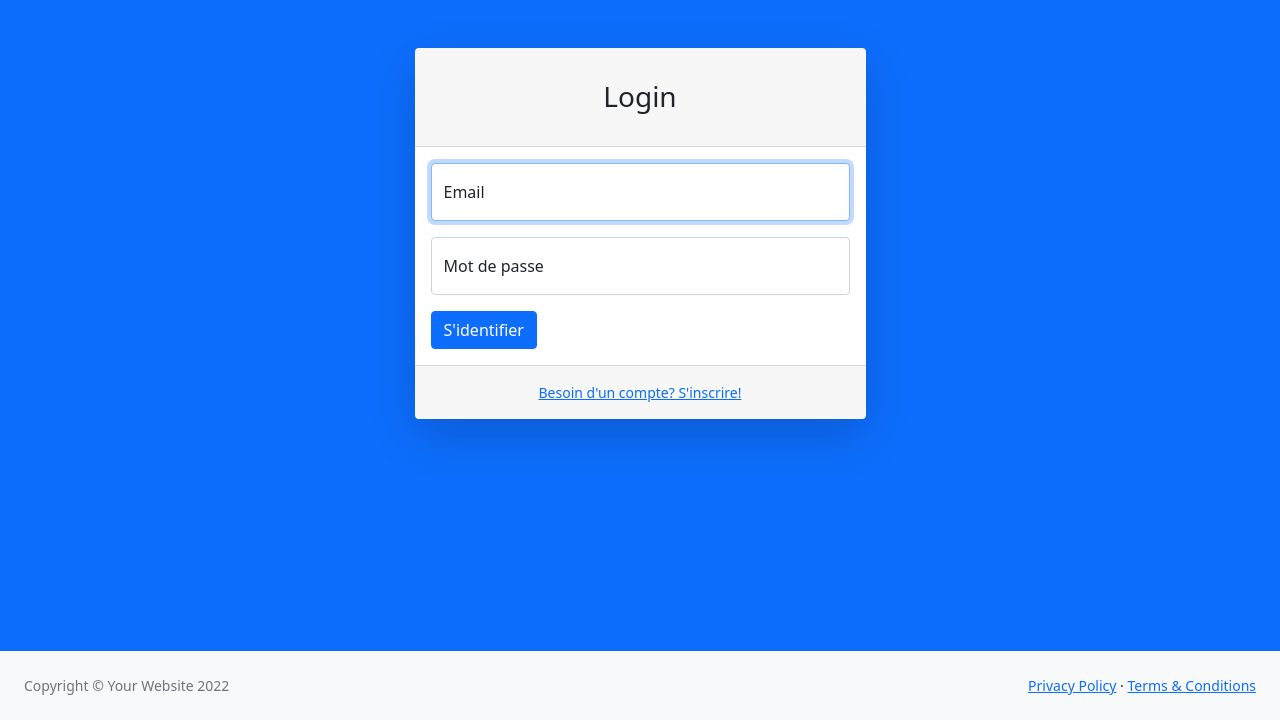
Repository: freddy1212/adulams
Page: templates/login.html.twig
These files come from the project's save history. The page is drawn as it stood at one moment and after a run of saves; the edit follows.
The browser window is 1280 px wide. The pictures show the whole page.
Some web libraries are served in a nearby version. The page is a Twig template of a Symfony application; nobody is signed in and links lead nowhere. The template is opened directly, without the code that normally fills it, so the values that code supplies are empty.

Above is the page before, as saved 2022-08-29 18:12:43.

### templates/login.html.twig
<!DOCTYPE html>
<html lang="en">
    <head>
        <meta charset="utf-8" />
        <meta http-equiv="X-UA-Compatible" content="IE=edge" />
        <meta name="viewport" content="width=device-width, initial-scale=1, shrink-to-fit=no" />
        <meta name="description" content="" />
        <meta name="author" content="" />
        <title>Login - SB Admin</title>
        <link href="{{asset('assets/css/styles.css')}}" rel="stylesheet" />
        <script src="https://use.fontawesome.com/releases/v6.1.0/js/all.js" crossorigin="anonymous"></script>
    </head>
    <body class="bg-primary">
        <div id="layoutAuthentication">
            <div id="layoutAuthentication_content">
                <main>
                    <div class="container">
                        <div class="row justify-content-center">
                            <div class="col-lg-5">
                                <div class="card shadow-lg border-0 rounded-lg mt-5">
                                    <div class="card-header"><h3 class="text-center font-weight-light my-4">{% block pageTitle %}Login{% endblock %}</h3></div>
                                    <div class="card-body">
                                        {% block body %}
                                            <form method="post">
                                                {% if error %}
                                                    <div class="alert alert-danger">{{ error.messageKey|trans(error.messageData, 'security') }}</div>
                                                {% endif %}

                                                {% if app.user %}
                                                    <div class="mb-3">
                                                        You are logged in as {{ app.user.userIdentifier }}, <a href="{{ path('app_logout') }}">Logout</a>
                                                    </div>
                                                {% endif %}
                                                <div class="form-floating mb-3">
                                                    <label for="inputEmail">Email</label>
                                                    <input type="email" value="{{ last_username }}" name="email" id="inputEmail" class="form-control" autocomplete="email" required autofocus>
                                                </div>
                                                <div class="form-floating mb-3">
                                                    <label for="inputPassword">Mot de passe</label>
                                                    <input type="password" name="password" id="inputPassword" class="form-control" autocomplete="current-password" required>
                                                </div>


                                                <input type="hidden" name="_csrf_token"
                                                       value="{{ csrf_token('authenticate') }}"
                                                >

                                                {#
                                                    Uncomment this section and add a remember_me option below your firewall to activate remember me functionality.
                                                    See https://symfony.com/doc/current/security/remember_me.html

                                                    <div class="checkbox mb-3">
                                                        <label>
                                                            <input type="checkbox" name="_remember_me"> Remember me
                                                        </label>
                                                    </div>
                                                #}

                                                <button class="btn btn-primary" type="submit">
                                                    S'identifier
                                                </button>
                                            </form>
                                        {% endblock %}
                                    </div>
                                    <div class="card-footer text-center py-3">
                                        <div class="small"><a href="#">Besoin d'un compte? S'inscrire!</a></div>
                                    </div>
                                </div>
                            </div>
                        </div>
                    </div>
                </main>
            </div>
            <div id="layoutAuthentication_footer">
                <footer class="py-4 bg-light mt-auto">
                    <div class="container-fluid px-4">
                        <div class="d-flex align-items-center justify-content-between small">
                            <div class="text-muted">Copyright &copy; Your Website 2022</div>
                            <div>
                                <a href="#">Privacy Policy</a>
                                &middot;
                                <a href="#">Terms &amp; Conditions</a>
                            </div>
                        </div>
                    </div>
                </footer>
            </div>
        </div>
        <script src="https://cdn.jsdelivr.net/npm/bootstrap@5.1.3/dist/js/bootstrap.bundle.min.js" crossorigin="anonymous"></script>
        <script src="{{asset('assets/js/scripts.js')}}"></script>
    </body>
</html>

### public/assets/js/scripts.js
/*!
    * Start Bootstrap - SB Admin v7.0.5 (https://startbootstrap.com/template/sb-admin)
    * Copyright 2013-2022 Start Bootstrap
    * Licensed under MIT (https://github.com/StartBootstrap/startbootstrap-sb-admin/blob/master/LICENSE)
    */
    //
// Scripts
//

window.addEventListener('DOMContentLoaded', event => {

    // Toggle the side navigation
    const sidebarToggle = document.body.querySelector('#sidebarToggle');
    if (sidebarToggle) {
        // Uncomment Below to persist sidebar toggle between refreshes
        // if (localStorage.getItem('sb|sidebar-toggle') === 'true') {
        //     document.body.classList.toggle('sb-sidenav-toggled');
        // }
        sidebarToggle.addEventListener('click', event => {
            event.preventDefault();
            document.body.classList.toggle('sb-sidenav-toggled');
            localStorage.setItem('sb|sidebar-toggle', document.body.classList.contains('sb-sidenav-toggled'));
        });
    }

});

Loaded but not shown: public/assets/css/styles.css (library)

After the next 2 saves:
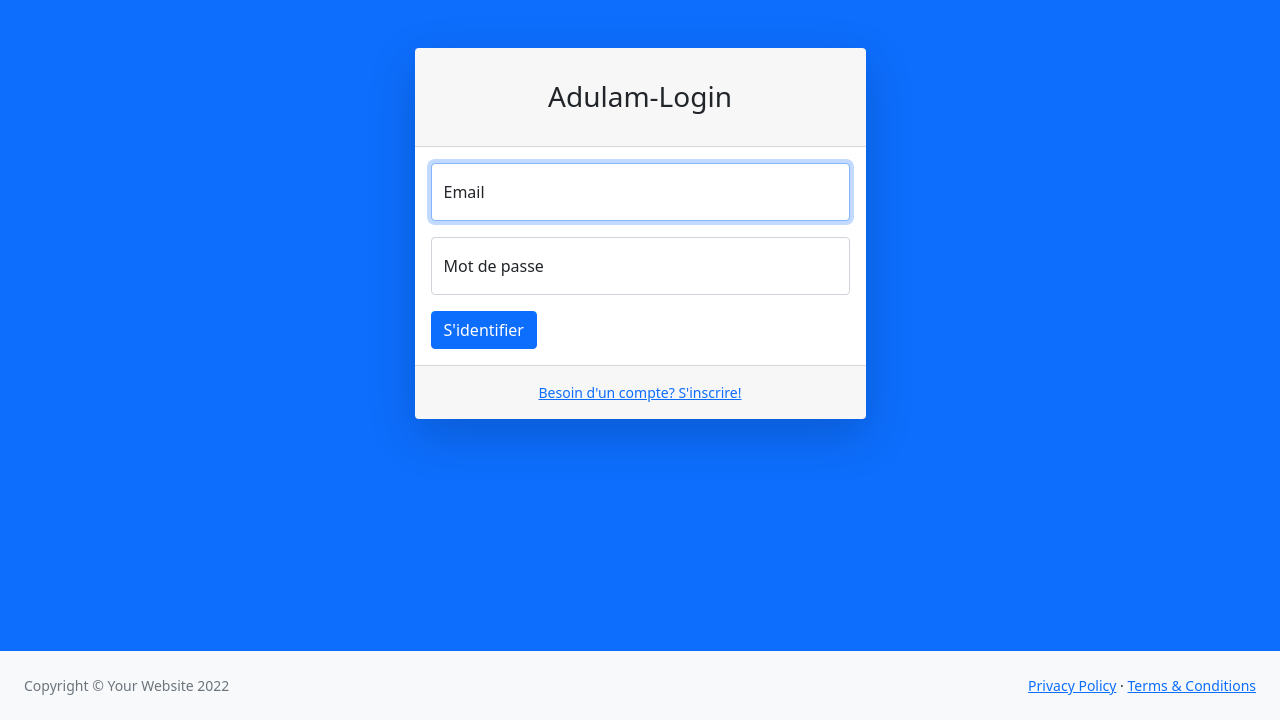
The 2 saves are shown as one change because they came seconds apart.
The last was saved 7 s later.
--- a/templates/login.html.twig
+++ b/templates/login.html.twig
@@ -18,7 +18,7 @@
                         <div class="row justify-content-center">
                             <div class="col-lg-5">
                                 <div class="card shadow-lg border-0 rounded-lg mt-5">
-                                    <div class="card-header"><h3 class="text-center font-weight-light my-4">{% block pageTitle %}Login{% endblock %}</h3></div>
+                                    <div class="card-header"><h3 class="text-center font-weight-light my-4">{% block pageTitle %}Adulam-Login{% endblock %}</h3></div>
                                     <div class="card-body">
                                         {% block body %}
                                             <form method="post">
